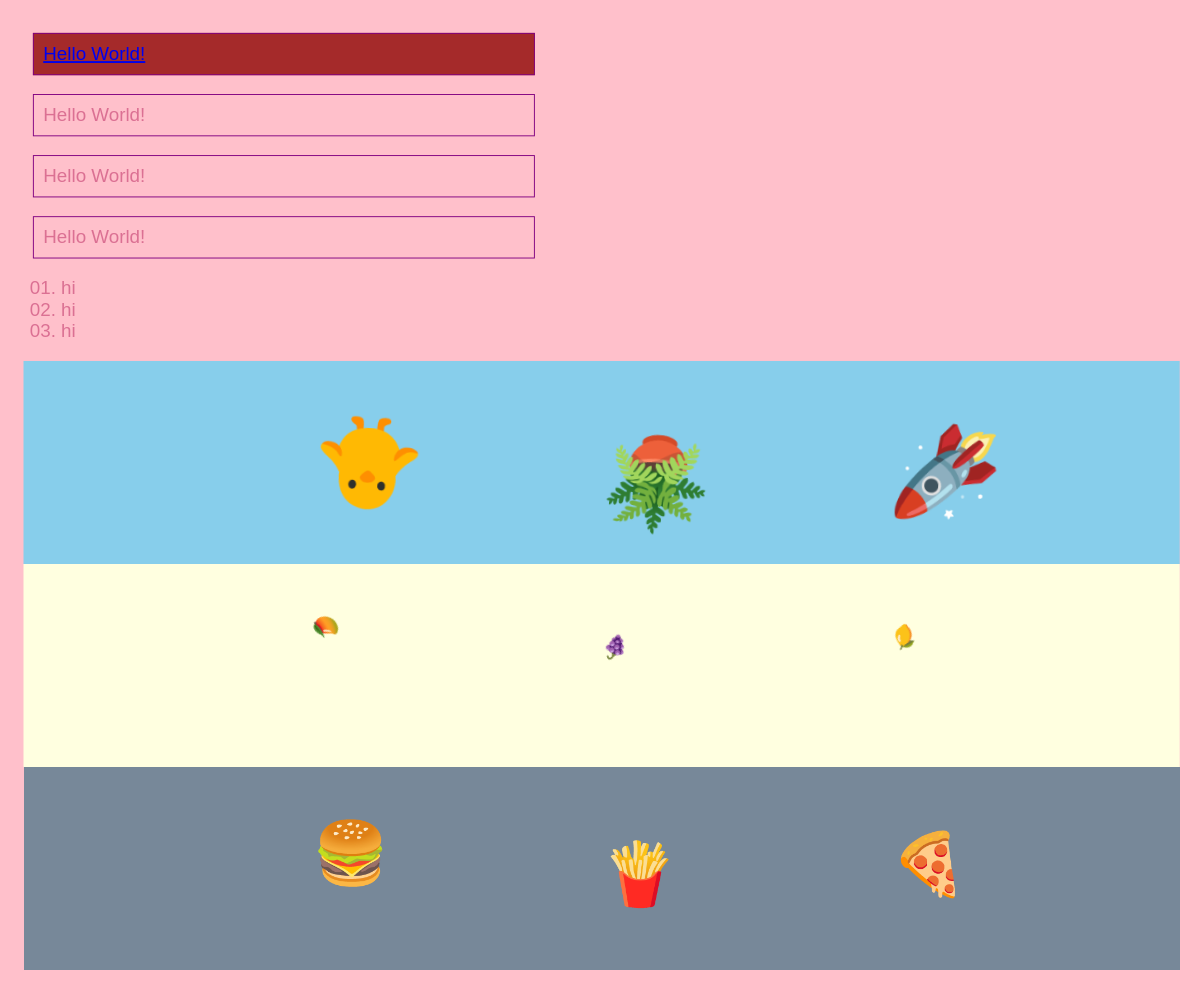
Repository: j1s00jang/MDIA-2109
Page: index2.html
An editor plug-in stored every save of this project. The page is shown before and after the next save, followed by the edit.
The browser window is 1280 px wide. The pictures show the whole page, at 94% of full size.
Some web libraries are served in a nearby version.

Above is the page before, as saved 2025-02-24 11:13:50.

### index2.html
<!DOCTYPE html>
<html lang="en">
<head>
    <meta charset="UTF-8">
    <meta name="viewport" content="width=device-width, initial-scale=1.0">
    <title>Document</title>
    <link rel="stylesheet" href="css/style.css">
</head>
<body>
    <!-- <section>
        Hello World!🐶
    </section>
    <section class="container">
        And Hello!🐻‍❄️
    </section>
    <section class="container" id="specific-container">
        Hello, Teenie!🐰
    </section>
    <section class="section">
        <section class="container">
            Hello fox!🦊
        </section>
    id is override everything!
    id > selector > element
    !important <- it makes absolute value, not effected
    </section> -->



    <section class="container">
        <a href="321.html" class="link">Hello World!</a>
    </section>
    <section class="container">
        Hello World!
    </section>
    <section class="container">
        Hello World!
    </section>
    <section class="container">
        Hello World!
    </section>
    <ul>
        <li>
            hi
        </li>
        <li>
            hi
        </li>
        <li>
            hi
        </li>
    </ul>



    <div class="css">
        <span class="css__spinner spin">🐥</span>
        <span class="css__spinner moreSpin">🪴</span>
        <span class="css__spinner mostSpin">🚀</span>
    </div>

    <div class="js">
        <span class="js__spinner spin">🥭</span>
        <span class="js__spinner moreSpin">🍇</span>
        <span class="js__spinner mostSpin">🍋</span>
    </div>


    <div class="gsap">
        <span class="gsap__spinner spin">🍔</span>
        <span class="gsap__spinner moreSpin">🍟</span>
        <span class="gsap__spinner mostSpin">🍕</span>
    </div>

    <script src="script.js"></script>
    <script src="https://cdn.jsdelivr.net/npm/gsap@3.12.7/dist/gsap.min.js"></script>



</body>
</html>

### css/style.css
/* Resets and Basics */

html {
    font-family: "Futura", sans-serif;
    font-size: 1.25em;
    background-color: pink;
    padding: 1.25em;
    color:palevioletred;
}

body {
    margin: 0;
}


section {
    border: 1px solid gray;
    /* border-width: 1px;
    border-style: solid;
    border-color: gray; */
    width: 40vw;
    /* vw is almost similar with % */
    padding: 10px;
    margin: 10px;
}


section .container {
    border-color: darkorange;
}

.container {
    border: 1px solid;
    border-color: purple;
    transition: all 0.5s;
}


.container:first-child {
    background-color: brown;
}




.container:hover {
    width: 50vw;
}

.container + .container {
    margin-top: 20px;
}


.link {
    transition: background-color 1s;
}

.link:hover {
    text-decoration: underline;
    color: gray;
    background-color: hotpink;
}



#specific-container {
    border-color: blue;
}


ul {
    list-style-type: decimal-leading-zero;
}







.icon-box {
    padding: 5px;
}

.icon-box__image {
    width: 40px;
    height: 40px;
}

.icon-box__heading {
    font-size: 20px;
    margin: 10px 0;
    text-align: center;
}

.icon-box__text {
    color: gray;
    font-size: 12px;
}


/* Animations */

.css,
.js,
.gsap {
    position: relative;
    height: 30vh;
    font-size: 65px;
}

.css {
    background: skyblue;
}

.js {
    background: lightyellow;
}


.gsap {
    background: lightslategray;
}

.css__spinner,
.js__spinner,
.gsap__spinner {
    position: absolute;
}


.css__spinner {
    animation: makeItSpin 3s ease-in infinite;
}



.spin { left: 25%; top: 25%; }
.moreSpin { left: 50%; top: 35%; }
.mostSpin { left: 75%; top: 30%; }



@keyframes makeItSpin {
    0% {
        transform: rotate(0);
    }
    50% {
        font-size: 100px;
    }
    100% {
        transform: rotate(360deg);
    }
}

### script.js
const $spin = document.querySelector(".js__spinner.spin");
const $moreSpin = document.querySelector(".js__spinner.moreSpin");
const $mostSpin = document.querySelector(".js__spinner.mostSpin");




const keyframes = [
    { transform: "rotate(0)" },
    {
        transform: "rotate(360deg)",
        fontSize: "0"
     }
];



const options = {
    duration: 3000,
    iterations: Infinity,

}


$spin.animate(keyframes, options);
$moreSpin.animate(keyframes, options);
$mostSpin.animate(keyframes, options);

After the next save:
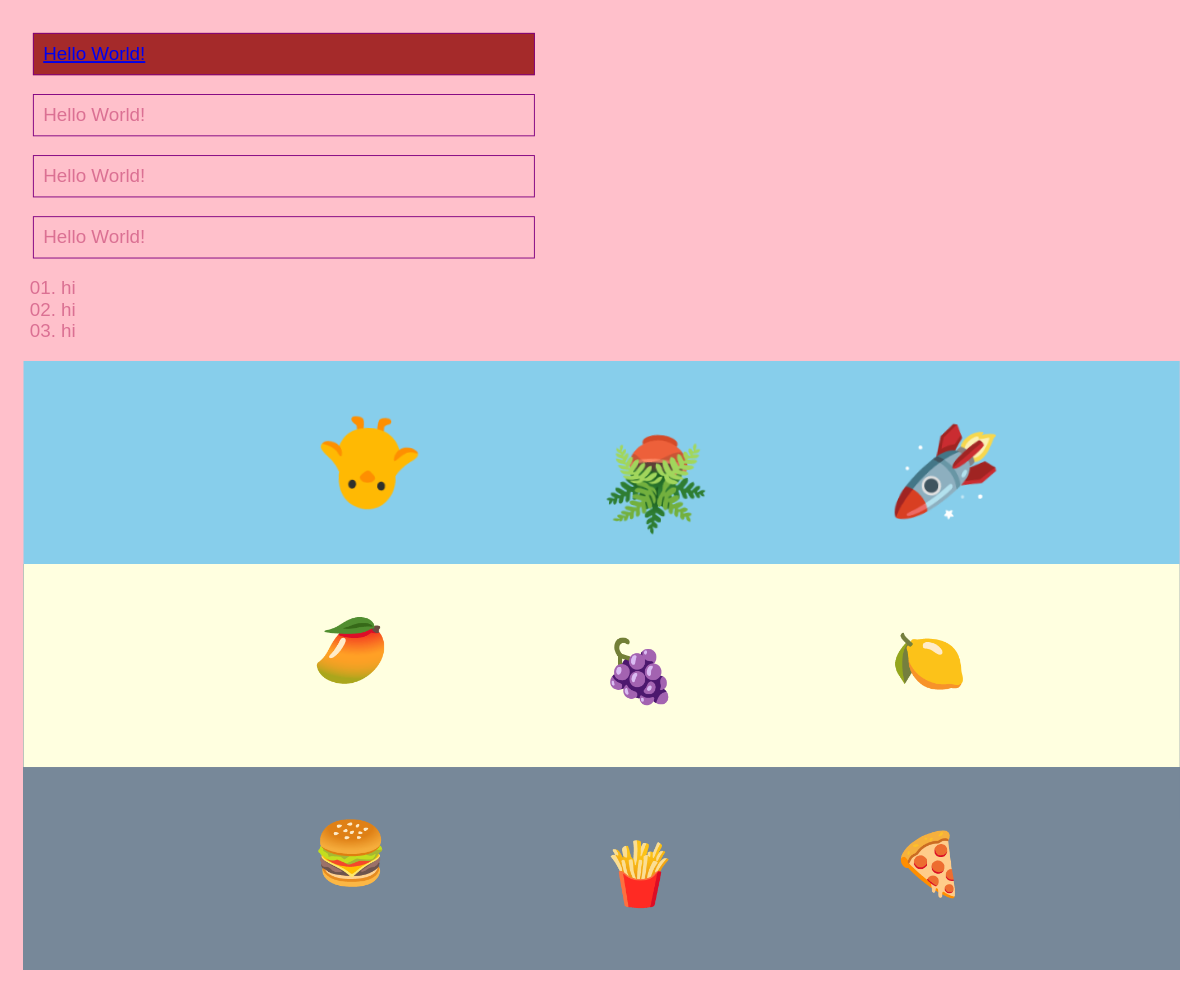
Console error: SyntaxError: Unexpected token '('
Saved 4 min 30 s later.
--- a/script.js
+++ b/script.js
@@ -25,3 +25,10 @@ const options = {
 $spin.animate(keyframes, options);
 $moreSpin.animate(keyframes, options);
 $mostSpin.animate(keyframes, options);
+
+
+gsap.to.(".gsap__spinner", {
+    rotation: 360,
+    repeat: -1,
+    duration: 3
+})

After the save that followed:
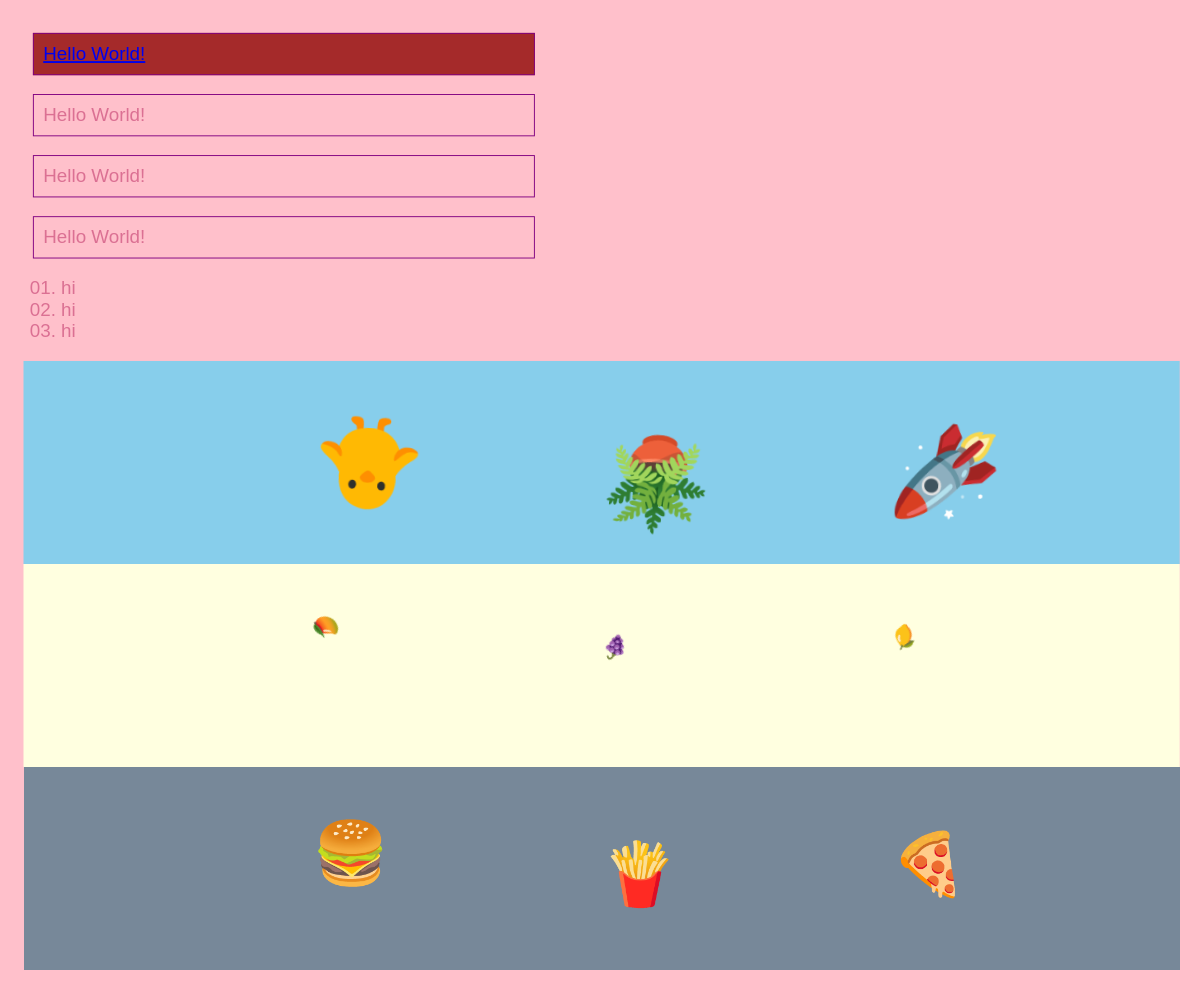
Console error: ReferenceError: gsap is not defined
Saved 53 s later.
--- a/script.js
+++ b/script.js
@@ -27,8 +27,10 @@ $moreSpin.animate(keyframes, options);
 $mostSpin.animate(keyframes, options);
 
 
-gsap.to.(".gsap__spinner", {
+const gsapOption = {
     rotation: 360,
     repeat: -1,
     duration: 3
-})
+}
+
+gsap.to(".gsap__spinner", gsapOption);
